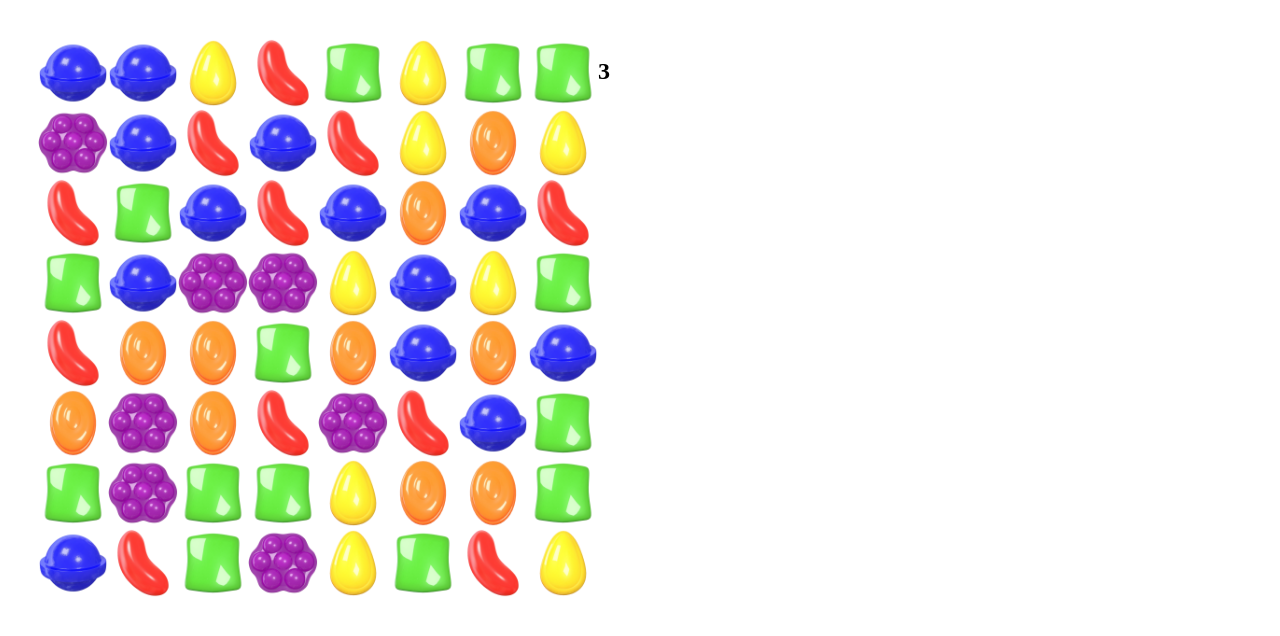
Repository: om1ars/javascript-candy-crush
Page: /
An editor plug-in stored every save of this project. The page is shown before and after the next save, followed by the edit.
The browser window is 1280 px wide. The pictures show the whole page.
The project was rebuilt for these pictures with package versions that can differ from the ones it lists, and the page was loaded fresh each time.

Above is the page before, as saved 2022-01-06 05:20:45.

After the next save:
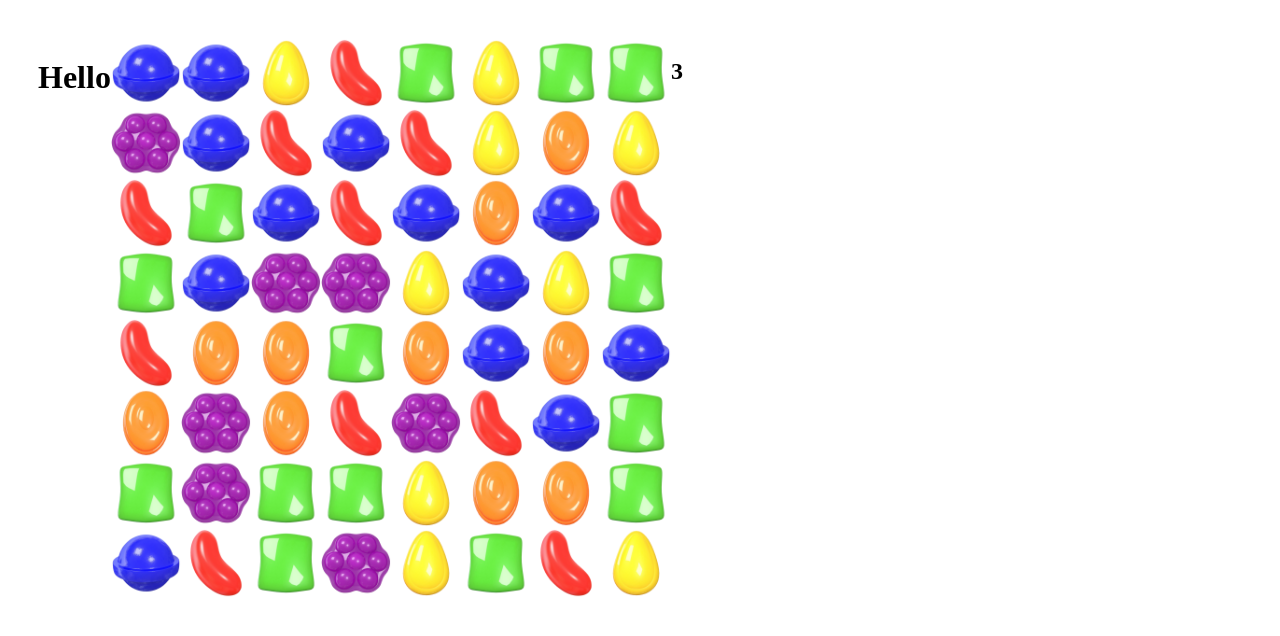
Saved 110 s later.
--- a/src/App.js
+++ b/src/App.js
@@ -171,6 +171,7 @@ const App = () => {
 
     return (
         <div className="app">
+          <h1>Hello</h1>
             <div className="game">
                 {currentColorArrangement.map((candyColor, index) => (
                     <img
